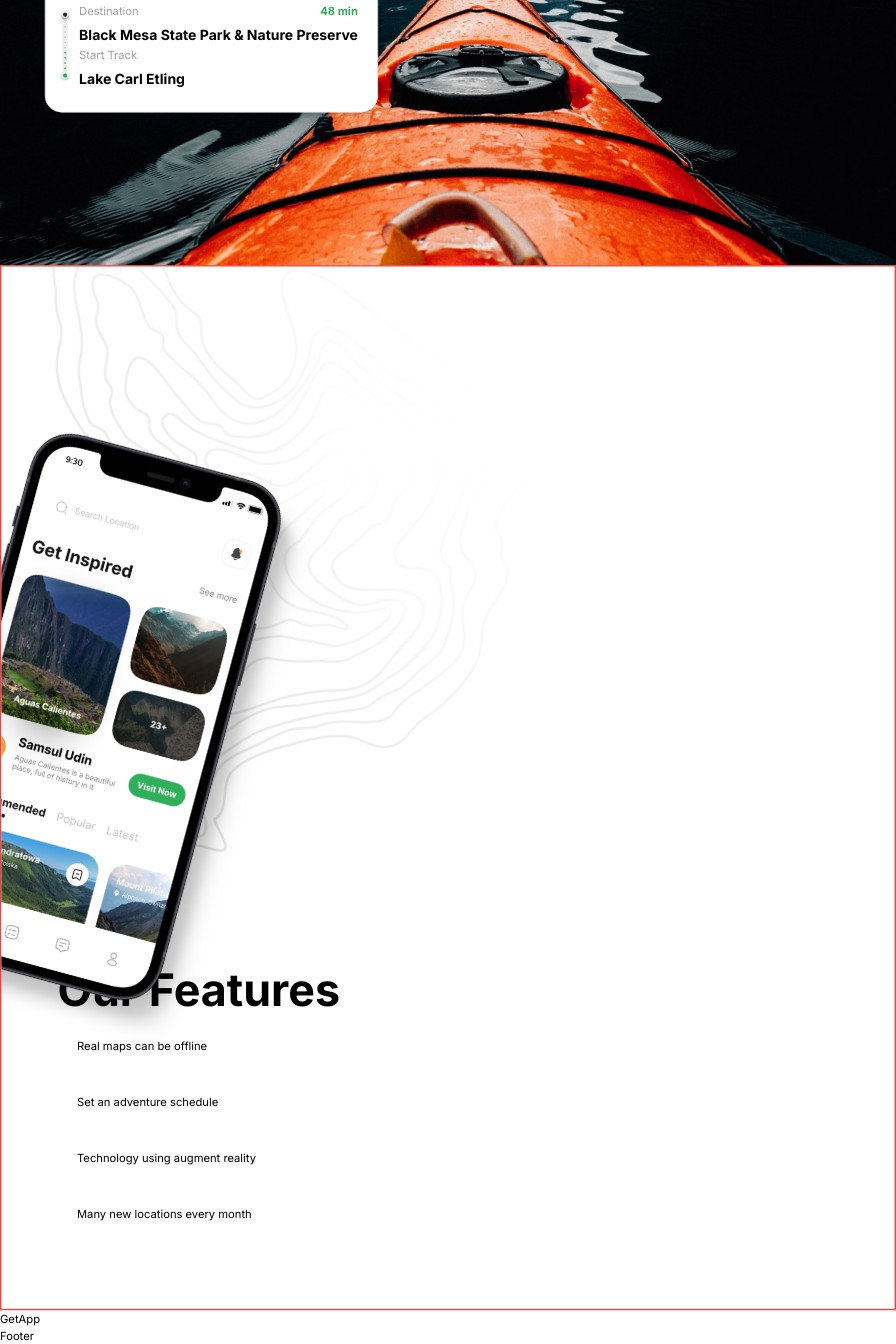
Repository: MikeeBuilds/camp
Page: /
An editor plug-in stored every save of this project. The page is shown before and after a run of saves, followed by the edit.
The browser window is 1280 px wide. The pictures show the part of the page from y = 2284 to 4204 px (the page is 4204 px tall before and 4108 px after), at 70% of full size.
The project was rebuilt for these pictures with package versions that can differ from the ones it lists, and the page was loaded fresh each time. The framework's server and built-in components were replaced by stand-ins that run in the browser. Also part of the build but not shown: next.config.js.

Above is the page before, as saved 2023-11-25 16:16:42.

After the next 2 saves:
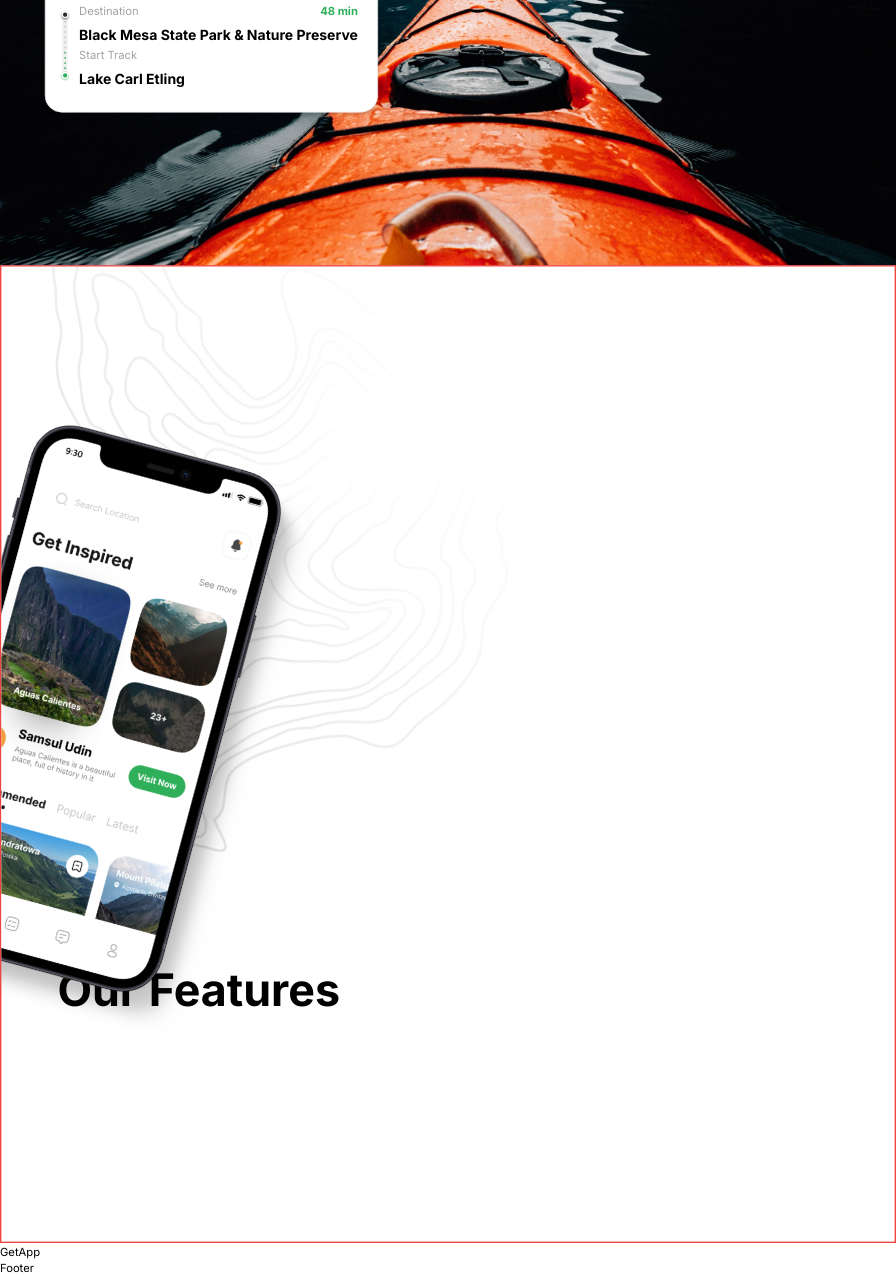
The 2 saves are shown as one change because they came seconds apart.
The last was saved 9 s later.
--- a/components/Features.tsx
+++ b/components/Features.tsx
@@ -57,7 +57,7 @@
   return (
     <li className='flex w-full flex-1 flex-col items-start'>
       <div className='rounded-full p-4 lg:p-7'>
-      {title}
+      <Image/>
       </div>
     </li>
   )
